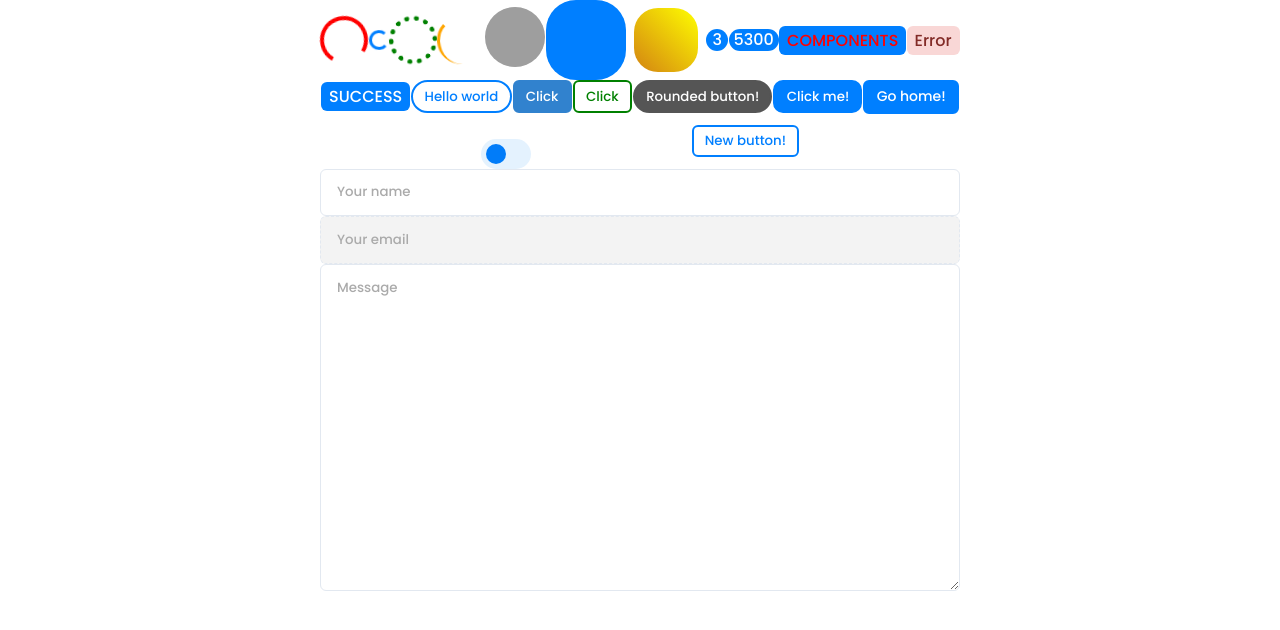
Repository: langf00rd/milky-ui
Page: / (app in example/)
An editor plug-in stored every save of this project. The page is shown before and after the next save, followed by the edit.
The browser window is 1280 px wide. The pictures show the whole page.
Pictures or frames that could not be fetched are drawn as grey boxes. The project was rebuilt for these pictures with package versions that can differ from the ones it lists, and the page was loaded fresh each time.

Above is the page before, as saved 2022-08-12 13:49:29.

### example/public/index.html
<!DOCTYPE html>
<html lang="en">
  <head>
    <meta charset="utf-8" />
    <link rel="shortcut icon" href="%PUBLIC_URL%/favicon.ico" />
    <meta
      name="viewport"
      content="width=device-width, initial-scale=1, shrink-to-fit=no"
    />
    <meta name="theme-color" content="#000000" />

    <!--
      manifest.json provides metadata used when your web app is added to the
      homescreen on Android. See https://developers.google.com/web/fundamentals/engage-and-retain/web-app-manifest/
    -->
    <link rel="manifest" href="%PUBLIC_URL%/manifest.json" />

    <!--
      Notice the use of %PUBLIC_URL% in the tags above.
      It will be replaced with the URL of the `public` folder during the build.
      Only files inside the `public` folder can be referenced from the HTML.

      Unlike "/favicon.ico" or "favicon.ico", "%PUBLIC_URL%/favicon.ico" will
      work correctly both with client-side routing and a non-root public URL.
      Learn how to configure a non-root public URL by running `npm run build`.
    -->
    <title>milky-ui</title>
  </head>

  <body>
    <noscript>
      You need to enable JavaScript to run this app.
    </noscript>

    <div id="root"></div>

    <!--
      This HTML file is a template.
      If you open it directly in the browser, you will see an empty page.

      You can add webfonts, meta tags, or analytics to this file.
      The build step will place the bundled scripts into the <body> tag.

      To begin the development, run `npm start` or `yarn start`.
      To create a production bundle, use `npm run build` or `yarn build`.
    -->
  </body>
</html>

### example/src/index.css
@import url('https://fonts.googleapis.com/css2?family=Poppins:wght@300;400;500;600&display=swap');

body {
  margin: 0;
  padding: 0;
  font-family: -apple-system, BlinkMacSystemFont, 'Segoe UI', 'Roboto', 'Oxygen',
    'Ubuntu', 'Cantarell', 'Fira Sans', 'Droid Sans', 'Helvetica Neue',
    sans-serif;
  -webkit-font-smoothing: antialiased;
  -moz-osx-font-smoothing: grayscale;
}

* {
  font-family: 'Poppins', sans-serif;
  font-weight: 500;
}

code {
  font-family: source-code-pro, Menlo, Monaco, Consolas, 'Courier New',
    monospace;
}

main {
  display: flex;
  align-items: center;
  flex-wrap: wrap;
  justify-content: space-evenly;
  /*height: 20vh;*/
  width: 50vw;
  margin: auto;
  /*margin-top: 100px;*/
}

input {
  /*margin: 20px;*/
}

### example/src/App.js
import React from "react";
import { useState } from "react";
import { Avatar, Label,Spinner, Meta, Badge, Switch, Button, Input, OutlineButton } from "milky-ui";

const App = () => {
  const [isSwitched, setIsSwitched] = useState(false);

  const buttonClick=()=>{
    alert("Yay! button clicked")
  }

  return (
    <main>
      <Meta
        title="Milky UI Components"
        description="Random description"
        twitterDescription="Twitter description"
        image="https://blog.urbanpiper.com/content/images/2021/06/logo-react.png"
      />
      <Spinner speed={'.5s'} thickness={'4px'} color={'red'} />
      <Spinner thickness={'3px'} size={'20px'} />
      <Spinner color={'green'} variant={1} />
      <Spinner color={'orange'} variant={2} />
      <Avatar src="https://blog.urbanpiper.com/content/images/2021/06/logo-react.png" />
      <Avatar isEmpty={true} radius="30px" bg="#007fff" size="80px" />
      <Avatar isEmpty={true} custom={"transform: scale(.8)"} radius="30px" bg="linear-gradient(45deg, #D38312, yellow)"
              size="80px" />
      <Badge label="3" />
      <Badge label="5300" />
      <Label color='red' text='COMPONENTS' type='success' />
      <Label type='error' text='Error' />
      <Label type='success' text='SUCCESS' />
      <OutlineButton label={"Hello world"} radius={"1000px"} hoverColor={"red"} />
      <Button bg='#3182ce' label='Click'/>
      <OutlineButton color='green' label='Click'/>
      <Button hoverBg={"green"} radius="9999px" label="Rounded button!" bg={"#555"} />
      <Button radius={"10px"} action={buttonClick} label="Click me!" />
      <Button to={"/home"} label={"Go home!"} />
      <Switch onChange={() => {
        setIsSwitched(!isSwitched);
      }} value={isSwitched} />
      <OutlineButton action={buttonClick} label="New button!" />
      <Input placeholder="Your name" />
      <Input borderStyle='dashed' disabled placeholder="Your email" />
      <Input isMultiline={true} height="300px" resize="vertical" placeholder="Message" />
    </main>
  );
};

export default App;

### src/index.js
export { OutlineButton } from './components/buttons/OutlineButton'
export { Button } from './components/buttons/Button'
export { Input } from './components/inputs/Input'
export { Spinner } from './components/Spinner'
export { Switch } from './components/Switch'
export { Avatar } from './components/Avatar'
export { Badge } from './components/Badge'
export { Label } from './components/Label'
export { Meta } from './components/Meta'

### src/components/buttons/OutlineButton/index.js
import React from 'react'
import { StyledOutlinedButton } from './styles'

export const OutlineButton = ({
  height = '',
  width = '',
  radius = '',
  color = '',
  hoverColor = '',
  label = '',
  action = () => {},
  custom
}) => {
  return (
    <StyledOutlinedButton
      height={height}
      width={width}
      hoverColor={hoverColor}
      radius={radius}
      color={color}
      onClick={action}
      custom={custom}
    >
      {label}
    </StyledOutlinedButton>
  )
}

### src/components/buttons/Button/index.js
import React from 'react'
import { StyledMButton, StyledMLinkButton } from './styles'

const LinkButton = ({ props }) => {
  const {
    bg,
    to,
    radius,
    label,
    height,
    width,
    borderColor,
    textColor,
    hoverTextColor,
    hoverBg,
    action,
    custom
  } = props
  return (
    <StyledMLinkButton
      bg={bg}
      href={to}
      radius={radius}
      height={height}
      width={width}
      borderColor={borderColor}
      textColor={textColor}
      hoverTextColor={hoverTextColor}
      hoverBg={hoverBg}
      onClick={action}
      custom={custom}
    >
      {label}
    </StyledMLinkButton>
  )
}

/***/

const DefaultButton = ({ props }) => {
  const {
    bg,
    radius,
    label,
    height,
    width,
    borderColor,
    textColor,
    hoverTextColor,
    hoverBg,
    action,
    custom
  } = props
  return (
    <StyledMButton
      bg={bg}
      radius={radius}
      height={height}
      width={width}
      borderColor={borderColor}
      textColor={textColor}
      hoverTextColor={hoverTextColor}
      hoverBg={hoverBg}
      onClick={action}
      custom={custom}
    >
      {label}
    </StyledMButton>
  )
}

export const Button = (props) => {
  const { to } = props
  if (to) return <LinkButton props={props} />
  return <DefaultButton props={props} />
}

### src/components/inputs/Input/index.js
import React from 'react'
import { StyledInput, StyledMultilineInput } from './styles'

export const Input = ({
  disabled = false,
  height = '',
  resize = '',
  padding = '',
  isMultiline = false,
  onChange = () => {},
  value,
  focusBg = '',
  focusBorderColor = '',
  width = '',
  radius = '',
  placeholder = '',
  borderStyle = '',
  placeholderColor = '',
  borderColor = '',
  bg = '',
  borderWidth = '',
  custom
}) => {
  if (isMultiline)
    return (
      <StyledMultilineInput
        focusBorderColor={focusBorderColor}
        placeholder={placeholder}
        onChange={onChange}
        disabled={disabled}
        custom={custom}
        focusBg={focusBg}
        padding={padding}
        borderWidth={borderWidth}
        resize={resize}
        radius={radius}
        height={height}
        value={value}
        borderStyle={borderStyle}
        placeholderColor={placeholderColor}
        borderColor={borderColor}
        width={width}
        bg={bg}
      />
    )

  return (
    <StyledInput
      focusBorderColor={focusBorderColor}
      placeholder={placeholder}
      onChange={onChange}
      disabled={disabled}
      focusBg={focusBg}
      padding={padding}
      borderWidth={borderWidth}
      radius={radius}
      borderStyle={borderStyle}
      placeholderColor={placeholderColor}
      borderColor={borderColor}
      value={value}
      width={width}
      bg={bg}
    />
  )
}

### src/components/Spinner/index.js
import React from 'react'
import { StyledSpinner, StyledSpinner1, StyledSpinner2 } from './styles'

export const Spinner = (props) => {
  const { size, color, variant, thickness, speed } = props
  if (variant === 1)
    return (
      <StyledSpinner1
        thickness={thickness}
        speed={speed}
        size={size}
        color={color}
      />
    )
  if (variant === 2)
    return (
      <StyledSpinner2
        thickness={thickness}
        speed={speed}
        size={size}
        color={color}
      />
    )
  return (
    <StyledSpinner
      thickness={thickness}
      speed={speed}
      size={size}
      color={color}
    />
  )
}

### src/components/Switch/index.js
import React from 'react'
import { StyledLabel, StyledSwitch } from './style'

export const Switch = ({
  value = false,
  onChange = () => {},
  thumbColor = '',
  activeColor = '',
  inactiveColor = ''
}) => {
  return (
    <span>
      <StyledSwitch
        activeColor={activeColor}
        checked={value}
        onChange={onChange}
        type='checkbox'
        id='switch'
      />
      <StyledLabel
        thumbColor={thumbColor}
        inactiveColor={inactiveColor}
        htmlFor='switch'
      />
    </span>
  )
}

### src/components/Avatar/index.js
import React from 'react'
import { StyledAvatar, StyledAvatarWrapper, StyledEmptyAvatar } from './styles'

export const Avatar = ({
  action = () => {},
  alt = '',
  bg = '',
  isEmpty = false,
  fit = '',
  size = '',
  src = '',
  radius = '',
  custom
}) => {
  if (isEmpty)
    return (
      <StyledAvatarWrapper>
        <StyledEmptyAvatar
          fit={fit}
          bg={bg}
          custom={custom}
          size={size}
          radius={radius}
          src={src}
          onClick={action}
          isEmpty={isEmpty}
        />
      </StyledAvatarWrapper>
    )

  return (
    <StyledAvatarWrapper>
      <StyledAvatar
        fit={fit}
        bg={bg}
        custom={custom}
        size={size}
        radius={radius}
        src={src}
        alt={alt}
        onClick={action}
        isEmpty={isEmpty}
      />
    </StyledAvatarWrapper>
  )
}

### src/components/Badge/index.js
import React from 'react'
import { StyledBadge } from './styles'

export const Badge = ({
  label = '',
  bg = '',
  size = '',
  textColor = '',
  radius = '',
  fontSize = '',
  custom
}) => {
  return (
    <StyledBadge
      bg={bg}
      textColor={textColor}
      radius={radius}
      fontSize={fontSize}
      size={size}
      custom={custom}
    >
      {label}
    </StyledBadge>
  )
}

### src/components/Label/index.js
import React from 'react'
import { StyledErrorLabel, StyledLabel, StyledSucessLabel } from './styles'

export const Label = (props) => {
  const { text, color, bg, type } = props
  if (type === 'sucess') return <StyledSucessLabel>{text}</StyledSucessLabel>
  if (type === 'error') return <StyledErrorLabel>{text}</StyledErrorLabel>
  return (
    <StyledLabel color={color} bg={bg}>
      {text}
    </StyledLabel>
  )
}

### src/components/buttons/OutlineButton/styles.js
import styledComponents from 'styled-components'
import { constStyles } from '../../../constants/styles.const'

export const StyledOutlinedButton = styledComponents.button`
    // padding: .7rem 1.3rem;
    // height: ${(p) => (p.height ? p.height : '')};
    // width: ${(p) => (p.width ? p.width : 'max-content')};
    // border: 2.3px solid ${(p) => (p.color ? p.color : '#007fff')};
    // cursor: pointer;
    // border-radius: ${(p) => (p.radius ? p.radius : '10px')};
    // background: transparent;
    // color: ${(p) => (p.color ? p.color : '#007fff')};
    // transition: 0.1s linear;
    // display:flex;
    // align-items:center;
    // justify-content:center;
    // user-select: none;

    border-radius: ${(p) => (p.radius ? p.radius : constStyles.radius)};
    border: 2.3px solid ${(p) => (p.color ? p.color : '#007fff')};
    width: ${(p) => (p.width ? p.width : 'max-content')};
    color: ${(p) => (p.color ? p.color : '#007fff')};
    height: ${(p) => (p.height ? p.height : '')};
    cursor: pointer;
    background: transparent;
    transition: 0.1s linear;
    align-items:center;
    justify-content:center;
    user-select: none;
    display: inline-flex;
    -webkit-box-align: center;
    white-space: nowrap;
    vertical-align: middle;
    line-height: 1.2;
    padding: 0.4rem 0.7rem;

    &:hover  {
        color: ${(p) => (p.hoverColor ? p.hoverColor : p.hoverColor)};
        border-color: ${(p) => (p.hoverColor ? p.hoverColor : p.hoverColor)};
    }

    &:active {
        box-shadow: rgb(38 57 77) 0px 6px 21px -11px;
        transform: scale(0.9);
    }

    ${(p) => (p.custom ? p.custom : null)};
`

### src/components/buttons/Button/styles.js
import styledComponents from 'styled-components'
import { constStyles } from '../../../constants/styles.const'

export const StyledMButton = styledComponents.button`
    border-radius: ${(p) => (p.radius ? p.radius : constStyles.radius)};
    border: 2.3px solid ${(p) => (p.bg ? p.bg : '#007fff')};
    color: ${(p) => (p.textColor ? p.textColor : '#fff')};
    width: ${(p) => (p.width ? p.width : 'max-content')};
    background: ${(p) => (p.bg ? p.bg : '#007fff')};
    height: ${(p) => (p.height ? p.height : '')};
    cursor: pointer;
    transition: 0.1s linear;
    align-items:center;
    justify-content:center;
    user-select: none;
    display: inline-flex;
    -webkit-box-align: center;
    white-space: nowrap;
    vertical-align: middle;
    line-height: 1.2;
    padding: 0.4rem 0.7rem;

    &:hover {
        color: ${(p) => (p.hoverTextColor ? p.hoverTextColor : p.textColor)};
        border-color: ${(p) => (p.hoverBg ? p.hoverBg : p.hoverBg)};
        background: ${(p) => (p.hoverBg ? p.hoverBg : p.bg)};
    }

    &:active {
        transform: scale(0.9);
        box-shadow: rgb(38 57 77) 0px 6px 21px -11px;
    }

    ${(p) => (p.custom ? p.custom : null)};
`

/***/

export const StyledMLinkButton = styledComponents.a`
    height: ${(p) => (p.height ? p.height : '')};
    width: ${(p) => (p.width ? p.width : 'max-content')};
    border: 2.3px solid ${(p) => (p.bg ? p.bg : '#007fff')};
    cursor: pointer;
    border-radius: ${(p) => (p.radius ? p.radius : constStyles.radius)};
    background: ${(p) => (p.bg ? p.bg : '#007fff')};
    color: ${(p) => (p.textColor ? p.textColor : '#fff')};
    transition: 0.1s linear;
    align-items:center;
    justify-content:center;
    user-select: none;
    display: inline-flex;
    -webkit-box-align: center;
    white-space: nowrap;
    vertical-align: middle;
    line-height: 1.2;
    padding: 0.4rem 0.7rem;
    text-decoration: none;
    font-size: 14px;

    &:hover,
    &:active {
        color: ${(p) => (p.bg ? p.bg : p.textColor)};
        background: ${(p) => (p.hoverBg ? p.hoverBg : p.bg)};
        border-color: ${(p) => (p.hoverBg ? p.hoverBg : p.hoverBg)};
    }

    &:active {
        transform: scale(0.9);
        box-shadow: rgb(38 57 77) 0px 6px 21px -11px;
    }

    ${(p) => (p.custom ? p.custom : null)};
`

### src/components/inputs/Input/styles.js
import styledComponents from 'styled-components'
import { colors } from '../../../constants/colors.const'
import { constStyles } from '../../../constants/styles.const'

export const StyledInput = styledComponents.input`
    border-color: ${(p) =>
      p.borderColor ? p.borderColor : colors.borderColor};
    border-width: ${(p) => (p.borderWidth ? p.borderWidth : '1px')};
    border-radius: ${(p) => (p.radius ? p.radius : constStyles.radius)};
    border-style: ${(p) => (p.borderStyle ? p.borderStyle : 'solid')};
    padding: 0.8rem 1rem;
    background: ${(p) => (p.bg ? p.bg : '#fff')};
    width: ${(p) => (p.width ? p.width : '100%')};
    outline-color: ${(p) =>
      p.focusBorderColor ? p.focusBorderColor : colors.inputOutlineColor};

    &:focus {
      box-shadow: 0 0 10px 0px ${colors.shadowColor};
      background: ${(p) => (p.focusBg ? p.focusBg : '#fff')};
    }

    &:disabled {
        background: ${colors.disabledInputColor};
    }

    &::placeholder {
      color: ${(p) =>
        p.placeholderColor ? p.placeholderColor : colors.placeholderColor}
    }

    ${(p) => (p.custom ? p.custom : null)};
`

export const StyledMultilineInput = styledComponents.textarea`
    outline-color: ${(p) =>
      p.focusBorderColor ? p.focusBorderColor : colors.inputOutlineColor};
    height: ${(p) => (p.height ? p.height : '')};
    resize ${(p) => (p.resize ? p.resize : 'none')};
    border-color: ${(p) =>
      p.borderColor ? p.borderColor : colors.borderColor};
      border-width: ${(p) => (p.borderWidth ? p.borderWidth : '1px')};
    border-radius: ${(p) => (p.radius ? p.radius : constStyles.radius)};
    border-style: ${(p) => (p.borderStyle ? p.borderStyle : 'solid')};
    background: ${(p) => (p.bg ? p.bg : '#fff')};
    width: ${(p) => (p.width ? p.width : '100%')};
    font-family: inherit;
    padding: 0.8rem 1rem;
    text-align: left;

    &:focus {
      background: ${(p) => (p.focusBg ? p.focusBg : '#fff')};
      box-shadow: 0 0 10px 0px ${colors.shadowColor};
    }

    &:disabled {
        background: ${colors.disabledInputColor};
    }

    &::placeholder {
      color: ${(p) =>
        p.placeholderColor ? p.placeholderColor : colors.placeholderColor}
    }

    ${(p) => (p.custom ? p.custom : null)};
`

### src/components/Spinner/styles.js
import styledComponents from 'styled-components'
import { colors } from '../../constants/colors.const'

export const StyledSpinner = styledComponents.div`
  width: ${(p) => (p.size ? p.size : '48px')};
  height: ${(p) => (p.size ? p.size : '48px')};
  border: ${(p) => (p.thickness ? p.thickness : '4px')} solid ${(p) =>
  p.color ? p.color : colors.primary};
  border-bottom-color: transparent;
  border-radius: 50%;
  display: inline-block;
  box-sizing: border-box;
  animation: rotation  ${(p) => (p.speed ? p.speed : '2s')} linear infinite;

  @keyframes rotation {
  0% { transform: rotate(0deg); }
  100% { transform: rotate(360deg); }
`

/***/

export const StyledSpinner1 = styledComponents.div`
  width: ${(p) => (p.size ? p.size : '48px')};
  height: ${(p) => (p.size ? p.size : '48px')};
  border: 5px dotted ${(p) => (p.color ? p.color : colors.primary)};
  border-radius: 50%;
  display: inline-block;
  position: relative;
  box-sizing: border-box;
  animation: rotation ${(p) => (p.speed ? p.speed : '2s')} linear infinite;

  @keyframes rotation {
  0% {
    transform: rotate(0deg);
  }
  100% {
    transform: rotate(360deg);
  }
}
`

/***/

export const StyledSpinner2 = styledComponents.div`
  width: ${(p) => (p.size ? p.size : '48px')};
  height: ${(p) => (p.size ? p.size : '48px')};
  border-radius: 50%;
  display: inline-block;
  border-top: ${(p) => (p.thickness ? p.thickness : '3px')} solid ${(p) =>
  p.color ? p.color : colors.primary};
  border-right: 3px solid transparent;
  box-sizing: border-box;
  animation: rotation  ${(p) => (p.speed ? p.speed : '2s')} linear infinite;

  @keyframes rotation {
  0% {
    transform: rotate(0deg);
  }
  100% {
    transform: rotate(360deg);
  }
}
`

### src/components/Switch/style.js
import styledComponents from 'styled-components'

export const StyledSwitch = styledComponents.input`
    height: 0;
    width: 0;
    visibility: hidden;

    &:checked+label:after {
        left: calc(100% - 5px);
        transform: translateX(-100%);
    }

    &:checked+label {
        background: ${(p) => (p.activeColor ? p.activeColor : '#2195f351')};
    }
`

export const StyledLabel = styledComponents.label`
    cursor: pointer;
    text-indent: -9999px;
    width: 50px;
    height: 30px;
    display: block;
    border-radius: 100px;
    position: relative;
    background: ${(p) => (p.inactiveColor ? p.inactiveColor : '#2196f31f')};

    &:after {
        content: '';
        position: absolute;
        top: 5px;
        left: 5px;
        width: 20px;
        height: 20px;
        background: ${(p) => (p.thumbColor ? p.thumbColor : '#017cf9')};
        border-radius: 90px;
        transition: 0.3s;
    }
    // stretchy bouncy effect on click
    // &:active:after {
    //     width: 30px;
    // }
`

### src/components/Avatar/styles.js
import styledComponents from 'styled-components'

export const StyledAvatar = styledComponents.img`
    border-radius: ${(p) => (p.radius ? p.radius : '9999px')};
    background: ${(p) => (p.bg ? p.bg : '#f1f1f1')};
    object-fit: ${(p) => (p.fit ? p.fit : 'cover')};
    height: ${(p) => (p.size ? p.size : '60px')};
    width: ${(p) => (p.size ? p.size : '60px')};
    ${(p) => (p.custom ? p.custom : null)};
`

export const StyledEmptyAvatar = styledComponents.div`
    border-radius: ${(p) => (p.radius ? p.radius : '9999px')};
    background: ${(p) => (p.bg ? p.bg : '#f1f1f1')};
    object-fit: ${(p) => (p.fit ? p.fit : 'cover')};
    height: ${(p) => (p.size ? p.size : '60px')};
    width: ${(p) => (p.size ? p.size : '60px')};
    ${(p) => (p.custom ? p.custom : null)};
`

export const StyledAvatarWrapper = styledComponents.div`
    width: max-content;
`

### src/components/Badge/styles.js
import styledComponents from 'styled-components'

export const StyledBadge = styledComponents.div`
  font-size: ${(p) => (p.fontSize ? p.fontSize : 'inherit')};
  border-radius: ${(p) => (p.radius ? p.radius : '500px')};
  color: ${(p) => (p.textColor ? p.textColor : '#fff')};
  min-width: ${(p) => (p.size ? p.size : '22px')};
  background: ${(p) => (p.bg ? p.bg : '#007fff')};
  height: ${(p) => (p.size ? p.size : '22px')};
  box-sizing: border-box;
  padding: 0 5px;
  vertical-align: middle;
  display: inline-flex;
  justify-content: center;
  align-items: center;
  line-height: 0;
  ${(p) => (p.custom ? p.custom : null)};
`

### src/components/Label/styles.js
import styledComponents from 'styled-components'
import { colors } from '../../constants/colors.const'
import { constStyles } from '../../constants/styles.const'

export const StyledLabel = styledComponents.div`
    background: ${(p) => (p.bg ? p.bg : colors.primary)};
    border-radius: ${constStyles.radius};
    color: ${(p) => (p.color ? p.color : '#fff')};
    padding: 2px 8px;
`

/***/

export const StyledSucessLabel = styledComponents.div`
background: ${colors.sucess};
border-radius: ${constStyles.radius};
color: ${colors.successTextColor};
padding: 2px 8px;
`

/***/

export const StyledErrorLabel = styledComponents.div`
background: ${colors.error};
border-radius: ${constStyles.radius};
color: ${colors.errorTextColor};
padding: 2px 8px;
`

### src/constants/meta.const.js
export const META_CONTENT = {
  robots: 'follow, index',
  description: '',
  site_name: '',
  image_alt: '',
  image: '',
  title: '',
  url: '',

  /* Twitter meta data */
  twitter_card: 'summary_large_image',
  twitter_description: '',
  twitter_image_alt: '',
  twitter_creator: '',
  twitter_domain: '',
  twitter_title: '',
  twitter_image: '',
  twitter_url: '',

  /* Open Graph / Facebook data */
  og_description: '',
  og_image_alt: '',
  og_site_name: '',
  og_title: '',
  og_image: '',
  og_type: '',
  og_url: ''
}

### src/constants/styles.const.js
export const constStyles = {
  radius: '0.375rem'
}

### src/constants/colors.const.js
export const colors = {
  primary: '#007fff',
  secondary: '',
  accent: '',
  inputOutlineColor: '#007fff55',
  inputBorderColor: '#e1e1e1',
  shadowColor: '#b3b3b340',
  disabledInputColor: '#f1f1f1cc',
  placeholderColor: '#aaa',
  borderColor: '#E2E8F0',
  sucess: '#C5F3D5',
  error: '#F9D7D6',
  successTextColor: '#25543D',
  errorTextColor: '#822B27'
}

Loaded but not shown: example/src/index.js (common file); src/components/Meta/index.js (63 lines, source omitted)

After the next save:
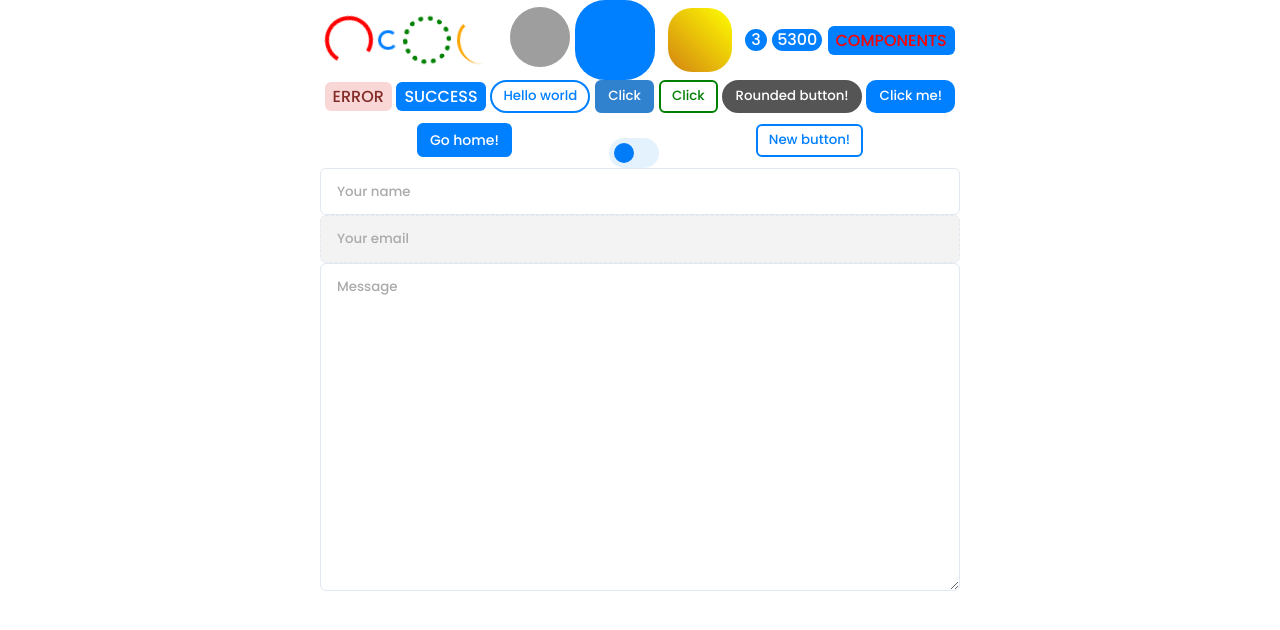
Saved 5 s later.
--- a/example/src/App.js
+++ b/example/src/App.js
@@ -28,7 +28,7 @@ const App = () => {
       <Badge label="3" />
       <Badge label="5300" />
       <Label color='red' text='COMPONENTS' type='success' />
-      <Label type='error' text='Error' />
+      <Label type='error' text='ERROR' />
       <Label type='success' text='SUCCESS' />
       <OutlineButton label={"Hello world"} radius={"1000px"} hoverColor={"red"} />
       <Button bg='#3182ce' label='Click'/>
